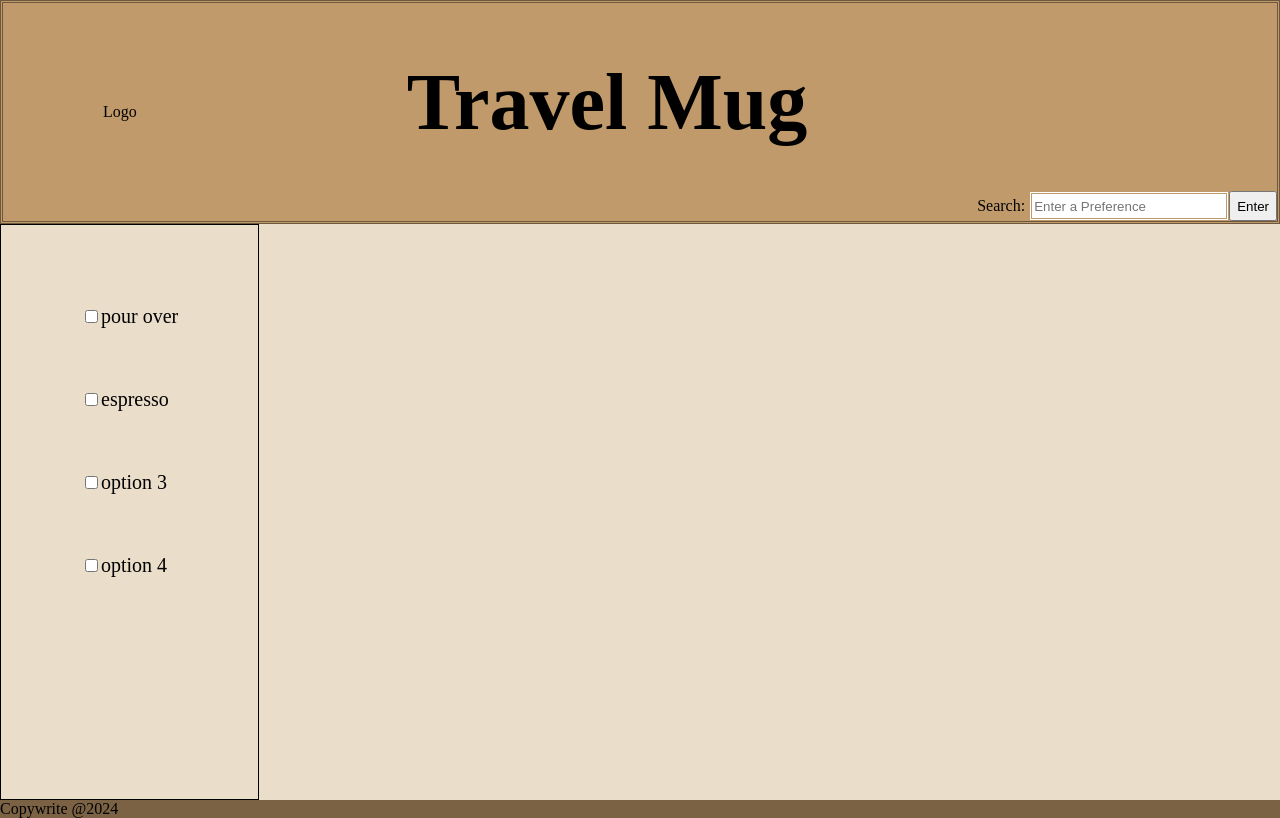
Repository: joshliu14/Travel-Mug
Page: /
These files come from the project's save history. The page is drawn as it stood at one moment and after the next save; the edit follows.
The browser window is 1280 px wide. The pictures show the whole page.
The project was rebuilt for these pictures with package versions that can differ from the ones it lists, and the page was loaded fresh each time.

Above is the page before, as saved 2024-01-03 10:56:28.

### public/index.html
<!DOCTYPE html>
<html lang="en">
  <head>
    <meta charset="utf-8" />
    <link rel="icon" href="%PUBLIC_URL%/favicon.ico" />
    <link rel="stylesheet" href="./index.css" />
    <meta name="viewport" content="width=device-width, initial-scale=1" />
    <meta name="theme-color" content="#000000" />
    <meta
      name="description"
      content="Web site created using create-react-app"
    />
    <link rel="apple-touch-icon" href="%PUBLIC_URL%/logo192.png" />
    <!--
      manifest.json provides metadata used when your web app is installed on a
      user's mobile device or desktop. See https://developers.google.com/web/fundamentals/web-app-manifest/
    -->
    <link rel="manifest" href="%PUBLIC_URL%/manifest.json" />
    <!--
      Notice the use of %PUBLIC_URL% in the tags above.
      It will be replaced with the URL of the `public` folder during the build.
      Only files inside the `public` folder can be referenced from the HTML.

      Unlike "/favicon.ico" or "favicon.ico", "%PUBLIC_URL%/favicon.ico" will
      work correctly both with client-side routing and a non-root public URL.
      Learn how to configure a non-root public URL by running `npm run build`.
    -->
    <title>Travel Mug</title>
  </head>
  <body>
    <noscript>You need to enable JavaScript to run this app.</noscript>
    <div id="root"></div>
    <!--
      This HTML file is a template.
      If you open it directly in the browser, you will see an empty page.

      You can add webfonts, meta tags, or analytics to this file.
      The build step will place the bundled scripts into the <body> tag.

      To begin the development, run `npm start` or `yarn start`.
      To create a production bundle, use `npm run build` or `yarn build`.
    -->
  </body>
</html>

### src/index.js
import React from "react";
import ReactDOM from "react-dom";
import App from "./App";

import { BrowserRouter } from "react-router-dom";

ReactDOM.render(
  <BrowserRouter>
    <App />
  </BrowserRouter>,
  document.getElementById("root")
);

### src/App.js
import React from "react";
import Home from "./Home";

import { Switch, Route } from "react-router-dom";

const App = () => {
  return (
    <Switch>
      <Route exact path="/">
        <Home />
      </Route>
    </Switch>
  );
};

export default App;

### src/Home.js
import React from "react";
import "./Home.css";

class Home extends React.Component {
  constructor(props) {
    super(props);
    this.state = {
      filterOptions: [
        { name: "pour over", selected: false },
        { name: "espresso", selected: false },
        { name: "option 3", selected: false },
        { name: "option 4", selected: false },
      ],
    };
  }
  handleFilterChange = (index) => {
    const filterOptions = this.state.filterOptions.slice();
    filterOptions.splice(index, 1, {
      name: filterOptions[index].name,
      selected: !filterOptions[index].selected,
    });
    this.setState({ filterOptions });
  };

  render() {
    const filterOptions = this.state.filterOptions.map((option, index) => {
      return (
        <div className="filter" key={index}>
          <label>
            <input
              type="checkbox"
              value={option.name}
              checked={option.selected}
              onChange={() => this.handleFilterChange(index)}
            />
            {option.name}
          </label>
        </div>
      );
    });
    return (
      <div>
        <div className="top">
          <div className="logo">Logo</div>
          <div className="title">
            <h1>Travel Mug</h1>
          </div>
          <div className="search-container">
            Search:{" "}
            <input className="search-bar" placeholder="Enter a Preference" />
            <button>Enter</button>
          </div>
        </div>
        <div className="bottom">
          <div className="filter-container">{filterOptions}</div>
        </div>
        <footer>Copywrite @2024</footer>
      </div>
    );
  }
}

export default Home;

### src/Home.css
.top {
  background-color: #c19a6b;
  display: flex;
  justify-content: space-between;
  min-width: fit-content;
  min-height: 20vh;
  border-width: 3px;
  border-color: #6d573d;
  border-style: double;
}

.logo {
  padding: 100px;
}

.title {
  text-align: center;
  font-size: 40px;
}

.nav {
  align-self: last baseline;
  display: flex;
  justify-content: center;
}
.nav a {
  font-size: large;
  padding: 10px 20px;
  color: black;
  display: block;
  text-decoration: none;
}

.nav a:hover {
  color: aliceblue;
  background-color: #6d573d;
}
.bottom {
  background-color: #eaddca;
  display: flex;
  min-width: fit-content;
  min-height: 80vh;
}

.search-container {
  align-self: flex-end;
}

.search-container button {
  height: 30px;
}
.search-bar {
  width: 200px;
  height: 30px;
  box-sizing: border-box;
  border-width: 3px;
  border-color: #c19a6b;
  border-style: double;
}

.filter-container {
  margin-left: 0px;
  margin-right: 0px;
  padding: 40px;
  border: 1px solid black;
}

.filter {
  display: block;
  justify-content: center;
  padding: 20px;
  font-size: 20px;
  margin: 20px;
}

footer {
  background-color: #7b6245;
}

### public/index.css
html,
body {
  margin: 0px;
  padding: 0px;
}

After the next save:
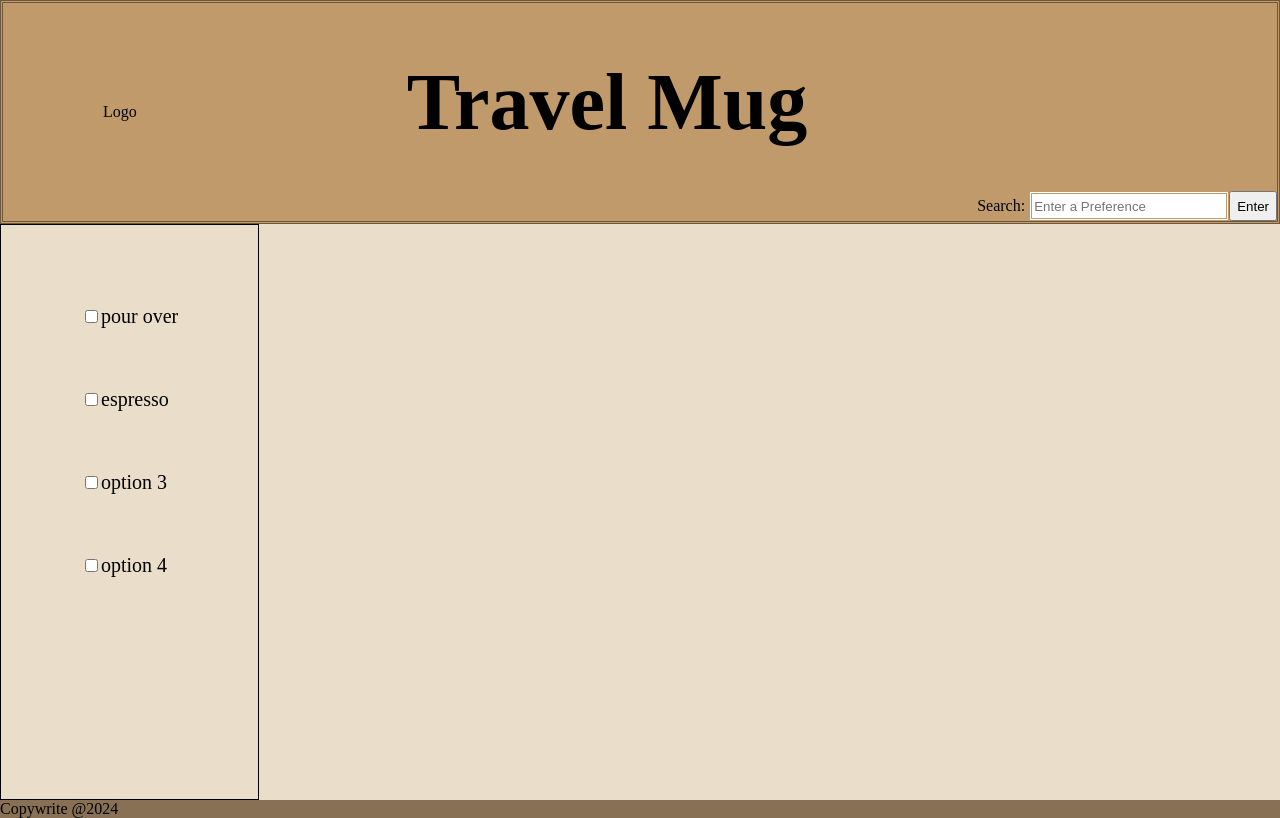
Saved 5 s later.
--- a/src/Home.css
+++ b/src/Home.css
@@ -74,5 +74,5 @@
 }
 
 footer {
-  background-color: #7b6245;
+  background-color: #887054;
 }
